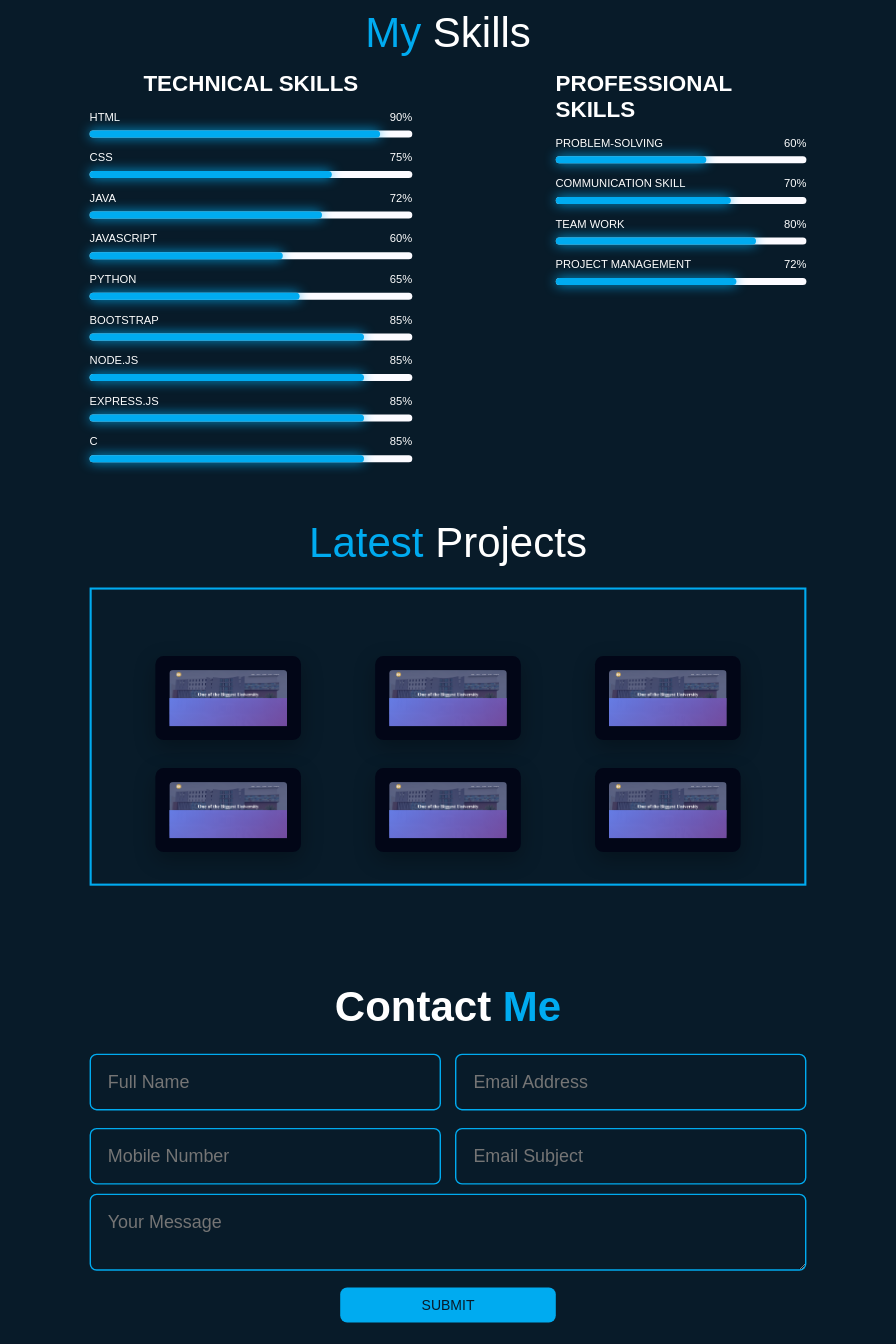
Repository: KrusanthS/PORTFOLIO-
Page: rough3.html
The author's editor kept a copy of each file at every save. The page is drawn from the files as they stood at one save, then again after the next save.
The browser window is 1280 px wide. The pictures show the part of the page from y = 765 to 2685 px (the page is 2685 px tall before and 2090 px after), at 70% of full size.

Above is the page before, as saved 2026-02-10 17:53:39.

### rough3.html
<!DOCTYPE html>
<html lang="en">
<head>
    <meta charset="UTF-8">
    <meta name="viewport" content="width=device-width, initial-scale=1.0">
    <title>Portfolio</title>
    <link rel="stylesheet" href="index.css">
    <link rel="stylesheet" href="https://cdnjs.cloudflare.com/ajax/libs/font-awesome/6.7.2/css/all.min.css">

    <meta name="viewport" content="width=devics-width,initial-scale=1.0">
</head>
<body >
    <div class="head">
    <div id="home">
        <div class="container">

            <div class="nav-bar" id="navbar">
            <nav>
                <h1>Portfolio</h1>
                <ul id="sidemenu">
                   <li><a href="#home">Home</a></li>
                   <li><a href="#about">About</a></li>
                   <li><a href="#skills">Skills</a></li>
                   <li><a href="#projects">Project</a></li>
                   <li><a href="#contact">Contact</a></li>
                   <i class="fas fa-times" onclick="closemenu()"></i>
                </ul>

                <i class="fas fa-bars" onclick="openmenu()"></i>
            </nav>
            </div>
            <div class="header-text">
                <h3>Hello,It's Me</h3>
                <h1>Krusanth S</h1>
                <h3>And I'm a <span> Full Stack Developer</span> </h3>
                <p>I design and build complete web solutions - from clean, interactive frontends to secure, scalable backends. Focused on performance, usability, and real-world impact.</p>
                <div class="social-media">

<div class="social-icons">
  <a href="https://github.com/KrusanthS" target="_blank" data-tooltip="GitHub">
    <i class="fa-brands fa-github"></i>
  </a>

  <a href="https://leetcode.com/u/SKrusanth/" target="_blank" data-tooltip="LeetCode">
    <svg xmlns="http://www.w3.org/2000/svg" viewBox="0 0 24 24" width="20" height="20" fill="none">
      <path d="M15.5 3.5L7.8 10.2C6.4 11.6 6.4 13.8 7.8 15.2L14.5 21.9"
        stroke="currentColor" stroke-width="2" stroke-linecap="round" stroke-linejoin="round"/>
      <path d="M7.5 12H20.5"
        stroke="currentColor" stroke-width="2" stroke-linecap="round"/>
    </svg>
  </a>

  <a href="https://www.linkedin.com/in/s-krusanth-b74ba3355/" target="_blank" data-tooltip="LinkedIn">
    <i class="fa-brands fa-linkedin"></i>
  </a>

  <a href="https://www.hackerrank.com/dashboard" data-tooltip="HackerRank">
    <i class="fa-brands fa-hackerrank"></i>
  </a>
</div>






                 </div>
                 <a href="images/krusanthS.pdf" alt="rusume" download="" class="cv" >Download CV</a>
            </div>
        </div>
    </div>

                                <!-- ABOUT ME -->

 <div class="about" id="about">
        <div class="container">
            <div class="row">
                <div class="about-col-1">
                    <img src="images/profile-pic.jpg" alt="profile">
                </div>
                <div class="about-col-2">
                   <h1>About&nbsp; <span>Me</span></h1>
                   <p>I'm a passionate Full Stack Developer focused on building scalable, efficient, and user-friendly web applications. With experience across both frontend and backend technologies, I deliver complete solutions-from clean, responsive interfaces to robust APIs and databases. I enjoy solving complex problems with simple, intuitive designs and value clean, maintainable code and continuous learning.</p>
            </div>
        </div>
    </div>
    </div>

                               <!-- SKILLS -->
    <div class="skill">
            <div class="main-head"> <span>My </span> &nbsp;Skills </h1></div>

    <div class="skill-main" id="skills">

        <div class="skill-left">
           <h3>TECHNICAL SKILLS</h3>
           <div class="skill-bar">
            <p>HTML</p>
            <P>90%</P>
           </div>
           <div class="bar">
            <span class="html"></span>
           </div>

           <div class="skill-bar">
            <p>CSS</p>
            <P>75%</P>
           </div>
           <div class="bar">
            <span class="css"></span>
           </div>

           <div class="skill-bar">
            <p>JAVA</p>
            <P>72%</P>
           </div>
           <div class="bar">
            <span class="java"></span>
           </div>

           <div class="skill-bar">
            <p>JAVASCRIPT</p>
            <P>60%</P>
           </div>
           <div class="bar">
            <span class="javascript"></span>
           </div>

           <div class="skill-bar">
            <p>PYTHON</p>
            <P>65%</P>
           </div>
           <div class="bar">
            <span class="python"></span>
           </div>

           <div class="skill-bar">
            <p>BOOTSTRAP</p>
            <P>85%</P>
           </div>
           <div class="bar">
            <span class="bootstrap"></span>
           </div>








          <div class="skill-bar">
            <p>NODE.JS</p>
            <P>85%</P>
           </div>
           <div class="bar">
            <span class="bootstrap"></span>
           </div>

           <div class="skill-bar">
            <p>EXPRESS.JS</p>
            <P>85%</P>
           </div>
           <div class="bar">
            <span class="bootstrap"></span>
           </div>
           <div class="skill-bar">
            <p>C</p>
            <P>85%</P>
           </div>
           <div class="bar">
            <span class="bootstrap"></span>
           </div>


        </div>
        <div class="skill-right">
           <h3>PROFESSIONAL SKILLS</h3>
           <div class="skill-bar">
            <p>PROBLEM-SOLVING</p>
            <P>60%</P>
           </div>
           <div class="bar">
            <span class="problem-solving"></span>
           </div>

           <div class="skill-bar">
            <p>COMMUNICATION SKILL</p>
            <P>70%</P>
           </div>
           <div class="bar">
            <span class="communication-skill"></span>
           </div>

           <div class="skill-bar">
            <p>TEAM WORK</p>
            <P>80%</P>
           </div>
           <div class="bar">
            <span class="team-work"></span>
           </div>

           <div class="skill-bar">
            <p>PROJECT MANAGEMENT</p>
            <P>72%</P>
           </div>
           <div class="bar">
            <span class="project-management"></span>
           </div>

        </div>
    </div>

               <!-- ----PROJECTS----- -->
    <div id="projects">

       <div class="container">
            <div class="main-head"> <span>Latest </span> &nbsp;Projects </h1></div>

            <div class="sub-container">
                <div class="row">
                   <div class="col-12 col-md-6 col-lg-4 col-xl-4">
                     <!-- <a href="https://krusanths.github.io/krusanthPortfolio/">
                     <img src="images/dsu-project.png" alt="project-management">
                     </a> -->


             <div class="card">
                <div class="imgbox">
                    <img src="images/dsu-project.png" alt="Project 3">
                    <div class="overlay">
                        <h3>Project 3</h3>
                        <p>AI-powered chat application with Next.js and Socket.io. Includes user auth and message encryption.</p>
                        <div class="links">
                            <a href="https://krusanths.github.io/My-portfolio/">Live Demo</a>
                            <a href="https://gist.github.com/KrusanthS/5fd56789ad429846925a387a535bee06">GitHub</a>
                        </div>
                    </div>
                </div>
            </div>



                </div>

                <div class="col-12  col-md-6 col-lg-4 col-xl-4">
                     <div class="card">
                <div class="imgbox">
                    <img src="images/dsu-project.png" alt="Project 3">
                    <div class="overlay">
                        <h3>Project 3</h3>
                        <p>AI-powered chat application with Next.js and Socket.io. Includes user auth and message encryption.</p>
                        <div class="links">
                            <a href="#">Live Demo</a>
                            <a href="#">GitHub</a>
                        </div>
                    </div>
                </div>
            </div>
                </div>

                <div class="col-12  col-md-6 col-lg-4 col-xl-4">
                      <div class="card">
                <div class="imgbox">
                    <img src="images/dsu-project.png" alt="Project 3">
                    <div class="overlay">
                        <h3>Project 3</h3>
                        <p>AI-powered chat application with Next.js and Socket.io. Includes user auth and message encryption.</p>
                        <div class="links">
                            <a href="#">Live Demo</a>
                            <a href="#">GitHub</a>
                        </div>
                    </div>
                </div>
            </div>
                </div>

                <div class="col-12  col-md-6 col-lg-4 col-xl-4">
                      <div class="card">
                <div class="imgbox">
                    <img src="images/dsu-project.png" alt="Project 3">
                    <div class="overlay">
                        <h3>Project 3</h3>
                        <p>AI-powered chat application with Next.js and Socket.io. Includes user auth and message encryption.</p>
                        <div class="links">
                            <a href="#">Live Demo</a>
                            <a href="#">GitHub</a>
                        </div>
                    </div>
                </div>
            </div>
                </div>

                <div class="col-12  col-md-6 col-lg-4  col-xl-4">
                      <div class="card">
                <div class="imgbox">
                    <img src="images/dsu-project.png" alt="Project 3">
                    <div class="overlay">
                        <h3>Project 3</h3>
                        <p>AI-powered chat application with Next.js and Socket.io. Includes user auth and message encryption.</p>
                        <div class="links">
                            <a href="#">Live Demo</a>
                            <a href="#">GitHub</a>
                        </div>
                    </div>
                </div>
            </div>
                </div>

                <div class="col-12  col-md-6 col-lg-4  col-lg-4 col-lg-4">
                      <div class="card">
                <div class="imgbox">
                    <img src="images/dsu-project.png" alt="Project 3">
                    <div class="overlay">
                        <h3>Project 3</h3>
                        <p>AI-powered chat application with Next.js and Socket.io. Includes user auth and message encryption.</p>
                        <div class="links">
                            <a href="#">Live Demo</a>
                            <a href="#">GitHub</a>
                        </div>
                    </div>
                </div>
            </div>
                </div>

            </div>
        </div>
    </div>
</div>

<section class="contact" id="contact">
    <form action="">
    <h1>Contact <span>Me</span></h1>
    <div class="input-box">
        <div class="input-field">
            <input type="text" placeholder="Full Name" required>
        </div>

        <div class="input-field">
            <input type="email" placeholder="Email Address" required>
        </div>
    </div>

    <div class="input-box">
        <div class="input-field">
            <input type="tel" placeholder="Mobile Number" required>
        </div>

        <div class="input-field">
            <input type="text" placeholder="Email Subject" required>
        </div>
    </div>

    <div class="text-field">
        <textarea name="" id="" placeholder="Your Message" required></textarea>

    </div>
    <button type="submit">SUBMIT</button>
    </form>
</section>


<script>
    var sidemenu = document.getElementById("sidemenu");

    function openmenu(){
        sidemenu.style.right = "0";
    }

    function closemenu(){
        sidemenu.style.right = "-200px";
    }

              // PROJECT CARDS EFFECT

        //     document.querySelectorAll('.card').forEach(card => {
        //     card.addEventListener('mouseenter', () => {
        //         // Optional: Add overlay or particle effect
        //         card.style.background = 'linear-gradient(135deg, #f5f7fa 0%, #c3cfe2 100%)';
        //     });

        //     card.addEventListener('mouseleave', () => {
        //         card.style.background = 'white';
        //     });
        // });
</script>




</body>
</html>

Loaded but not shown: index.css (976 lines, source omitted)

After the next save:
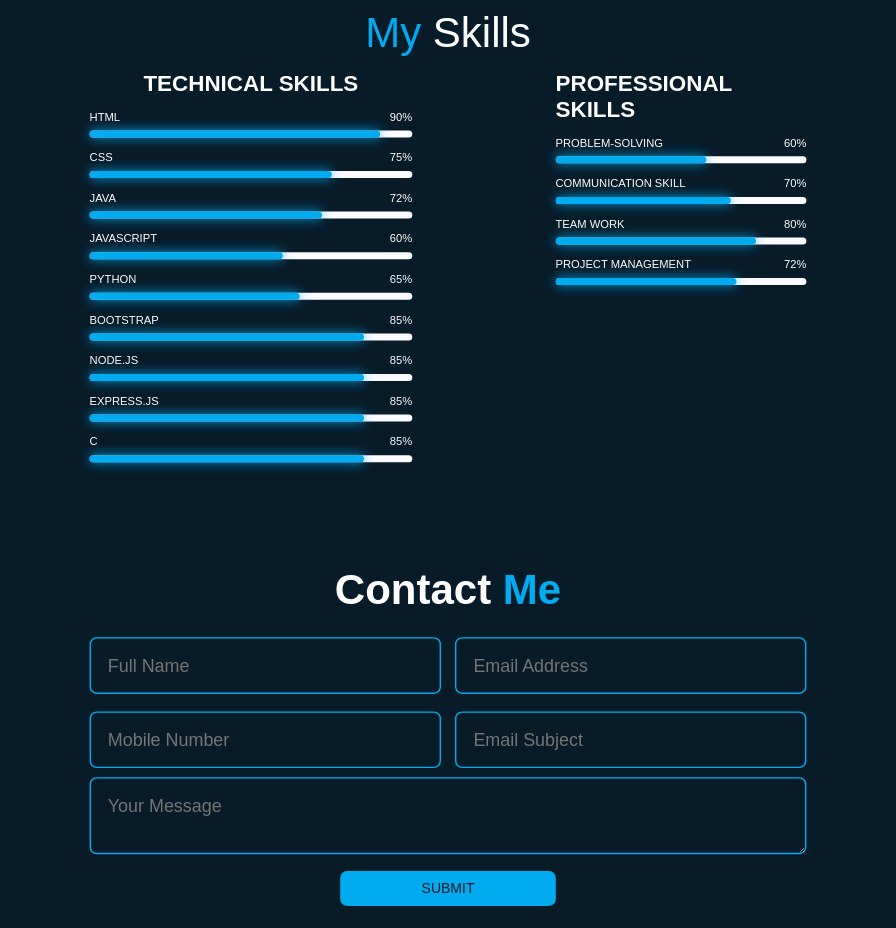
Saved 31 s later.
--- a/rough3.html
+++ b/rough3.html
@@ -212,121 +212,7 @@
     </div>
 
                <!-- ----PROJECTS----- -->
-    <div id="projects">
-
-       <div class="container">
-            <div class="main-head"> <span>Latest </span> &nbsp;Projects </h1></div>
-
-            <div class="sub-container">
-                <div class="row">
-                   <div class="col-12 col-md-6 col-lg-4 col-xl-4">
-                     <!-- <a href="https://krusanths.github.io/krusanthPortfolio/">
-                     <img src="images/dsu-project.png" alt="project-management">
-                     </a> -->
-
-
-             <div class="card">
-                <div class="imgbox">
-                    <img src="images/dsu-project.png" alt="Project 3">
-                    <div class="overlay">
-                        <h3>Project 3</h3>
-                        <p>AI-powered chat application with Next.js and Socket.io. Includes user auth and message encryption.</p>
-                        <div class="links">
-                            <a href="https://krusanths.github.io/My-portfolio/">Live Demo</a>
-                            <a href="https://gist.github.com/KrusanthS/5fd56789ad429846925a387a535bee06">GitHub</a>
-                        </div>
-                    </div>
-                </div>
-            </div>
-
-
-
-                </div>
-
-                <div class="col-12  col-md-6 col-lg-4 col-xl-4">
-                     <div class="card">
-                <div class="imgbox">
-                    <img src="images/dsu-project.png" alt="Project 3">
-                    <div class="overlay">
-                        <h3>Project 3</h3>
-                        <p>AI-powered chat application with Next.js and Socket.io. Includes user auth and message encryption.</p>
-                        <div class="links">
-                            <a href="#">Live Demo</a>
-                            <a href="#">GitHub</a>
-                        </div>
-                    </div>
-                </div>
-            </div>
-                </div>
-
-                <div class="col-12  col-md-6 col-lg-4 col-xl-4">
-                      <div class="card">
-                <div class="imgbox">
-                    <img src="images/dsu-project.png" alt="Project 3">
-                    <div class="overlay">
-                        <h3>Project 3</h3>
-                        <p>AI-powered chat application with Next.js and Socket.io. Includes user auth and message encryption.</p>
-                        <div class="links">
-                            <a href="#">Live Demo</a>
-                            <a href="#">GitHub</a>
-                        </div>
-                    </div>
-                </div>
-            </div>
-                </div>
-
-                <div class="col-12  col-md-6 col-lg-4 col-xl-4">
-                      <div class="card">
-                <div class="imgbox">
-                    <img src="images/dsu-project.png" alt="Project 3">
-                    <div class="overlay">
-                        <h3>Project 3</h3>
-                        <p>AI-powered chat application with Next.js and Socket.io. Includes user auth and message encryption.</p>
-                        <div class="links">
-                            <a href="#">Live Demo</a>
-                            <a href="#">GitHub</a>
-                        </div>
-                    </div>
-                </div>
-            </div>
-                </div>
-
-                <div class="col-12  col-md-6 col-lg-4  col-xl-4">
-                      <div class="card">
-                <div class="imgbox">
-                    <img src="images/dsu-project.png" alt="Project 3">
-                    <div class="overlay">
-                        <h3>Project 3</h3>
-                        <p>AI-powered chat application with Next.js and Socket.io. Includes user auth and message encryption.</p>
-                        <div class="links">
-                            <a href="#">Live Demo</a>
-                            <a href="#">GitHub</a>
-                        </div>
-                    </div>
-                </div>
-            </div>
-                </div>
-
-                <div class="col-12  col-md-6 col-lg-4  col-lg-4 col-lg-4">
-                      <div class="card">
-                <div class="imgbox">
-                    <img src="images/dsu-project.png" alt="Project 3">
-                    <div class="overlay">
-                        <h3>Project 3</h3>
-                        <p>AI-powered chat application with Next.js and Socket.io. Includes user auth and message encryption.</p>
-                        <div class="links">
-                            <a href="#">Live Demo</a>
-                            <a href="#">GitHub</a>
-                        </div>
-                    </div>
-                </div>
-            </div>
-                </div>
-
-            </div>
-        </div>
-    </div>
-</div>
+
 
 <section class="contact" id="contact">
     <form action="">
